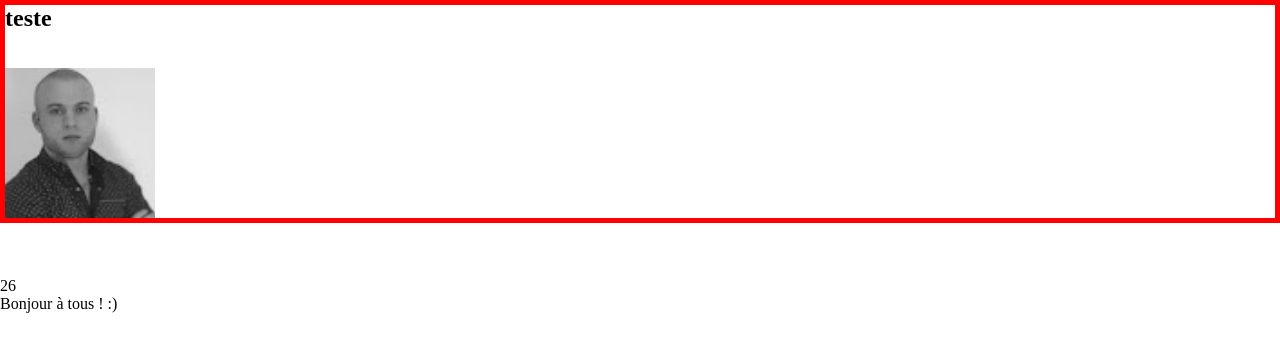
Repository: remi77130/forum
Page: http://localhost/path/profil.php?id=53
These files come from the project's save history. The page is drawn as it stood at one moment and after the next save; the edit follows.
The browser window is 1280 px wide. The pictures show the whole page.
The page is run by PHP 8.4 with error messages shown; the project is at /var/www/html/. The database holds what the project's SQL file puts in it.

Above is the page before, as saved 2022-06-27 22:05:41.

After the next save:
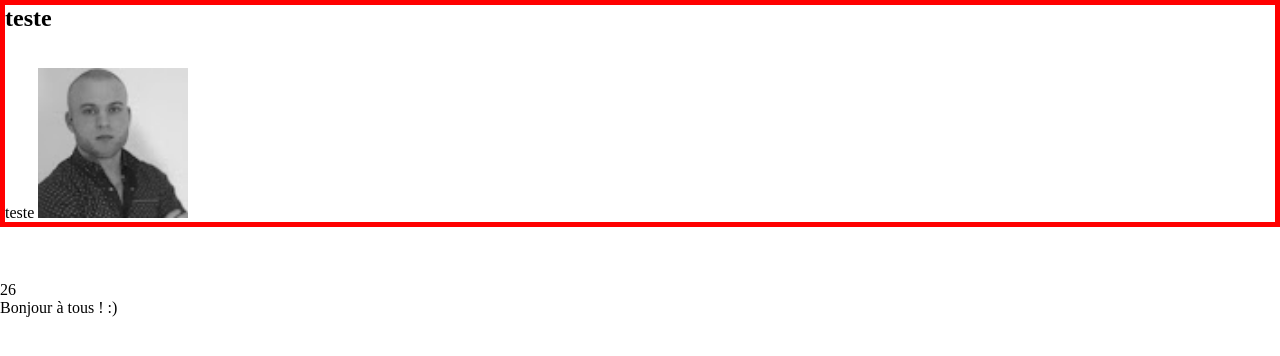
Saved 3 min 11 s later.
--- a/profil.php
+++ b/profil.php
@@ -37,7 +37,7 @@
 
          <?php                           // AFFICHAGE DE LA PHOTO
 
-         if (!empty($userinfo['avatar']))
+echo $userinfo['pseudo'];
          {
          ?>
          <img src="membres\avatars/<?php echo $userinfo['avatar']; ?>" alt="photo_profil" width="150">
